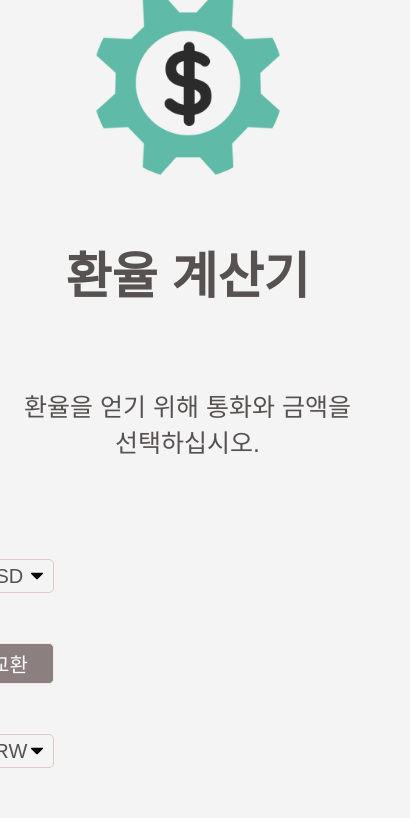
Repository: AbrorjonKuchkarov/exchange-rate
Page: index.html
An editor plug-in stored every save of this project. The page is shown before and after the next save, followed by the edit.
The browser window is 375 px wide. The page is 410 px wide, then 375 px, so the pictures cover 410 px, including what lies to the right of the window. The pictures show the whole page.

Above is the page before, as saved 2022-02-24 01:49:01.

### index.html
<!DOCTYPE html>
<html lang="en">
<head>
   <meta charset="UTF-8">
   <meta http-equiv="X-UA-Compatible" content="IE=edge">
   <meta name="viewport" content="width=device-width, initial-scale=1.0">
<link rel="stylesheet" href="style.css">
   <title>환율</title>
</head>
<body>
   <img src="img/money.png" alt="">
   <h1>환율 계산기 </h1>
   <p>환율을 얻기 위해 통화와 금액을 선택하십시오.</p>

   <div class="container">
      <div class="currency">
         <select id="selectOne">
            <option value="AED">AED</option>
            <option value="ARS">ARS</option>
            <option value="AUD">AUD</option>
            <option value="BGN">BGN</option>
            <option value="BRL">BRL</option>
            <option value="BSD">BSD</option>
            <option value="CAD">CAD</option>
            <option value="CHF">CHF</option>
            <option value="CLP">CLP</option>
            <option value="CNY">CNY</option>
            <option value="COP">COP</option>
            <option value="CZK">CZK</option>
            <option value="DKK">DKK</option>
            <option value="DOP">DOP</option>
            <option value="EGP">EGP</option>
            <option value="EUR">EUR</option>
            <option value="FJD">FJD</option>
            <option value="GBP">GBP</option>
            <option value="GTQ">GTQ</option>
            <option value="HKD">HKD</option>
            <option value="HRK">HRK</option>
            <option value="HUF">HUF</option>
            <option value="IDR">IDR</option>
            <option value="ILS">ILS</option>
            <option value="INR">INR</option>
            <option value="ISK">ISK</option>
            <option value="JPY">JPY</option>
            <option value="KRW">KRW</option>
            <option value="KZT">KZT</option>
            <option value="MXN">MXN</option>
            <option value="MYR">MYR</option>
            <option value="NOK">NOK</option>
            <option value="NZD">NZD</option>
            <option value="PAB">PAB</option>
            <option value="PEN">PEN</option>
            <option value="PHP">PHP</option>
            <option value="PKR">PKR</option>
            <option value="PLN">PLN</option>
            <option value="PYG">PYG</option>
            <option value="RON">RON</option>
            <option value="RUB">RUB</option>
            <option value="SAR">SAR</option>
            <option value="SEK">SEK</option>
            <option value="SGD">SGD</option>
            <option value="THB">THB</option>
            <option value="TRY">TRY</option>
            <option value="TWD">TWD</option>
            <option value="UAH">UAH</option>
            <option value="USD" selected>USD</option>
            <option value="UYU">UYU</option>
            <option value="VND">VND</option>
            <option value="ZAR">ZAR</option>
         </select>
         <input type="number" class="inputOne" >
      </div>

      <div class="swap">
         <button class="btn">교환</button>
         <div class="rate"></div>
      </div>

      <div class="currency">
         <select id="selectTwo">
         <option value="AED">AED</option>
         <option value="ARS">ARS</option>
         <option value="AUD">AUD</option>
         <option value="BGN">BGN</option>
         <option value="BRL">BRL</option>
         <option value="BSD">BSD</option>
         <option value="CAD">CAD</option>
         <option value="CHF">CHF</option>
         <option value="CLP">CLP</option>
         <option value="CNY">CNY</option>
         <option value="COP">COP</option>
         <option value="CZK">CZK</option>
         <option value="DKK">DKK</option>
         <option value="DOP">DOP</option>
         <option value="EGP">EGP</option>
         <option value="EUR">EUR</option>
         <option value="FJD">FJD</option>
         <option value="GBP">GBP</option>
         <option value="GTQ">GTQ</option>
         <option value="HKD">HKD</option>
         <option value="HRK">HRK</option>
         <option value="HUF">HUF</option>
         <option value="IDR">IDR</option>
         <option value="ILS">ILS</option>
         <option value="INR">INR</option>
         <option value="ISK">ISK</option>
         <option value="JPY">JPY</option>
         <option value="KRW" selected>KRW</option>
         <option value="KZT">KZT</option>
         <option value="MXN">MXN</option>
         <option value="MYR">MYR</option>
         <option value="NOK">NOK</option>
         <option value="NZD">NZD</option>
         <option value="PAB">PAB</option>
         <option value="PEN">PEN</option>
         <option value="PHP">PHP</option>
         <option value="PKR">PKR</option>
         <option value="PLN">PLN</option>
         <option value="PYG">PYG</option>
         <option value="RON">RON</option>
         <option value="RUB">RUB</option>
         <option value="SAR">SAR</option>
         <option value="SEK">SEK</option>
         <option value="SGD">SGD</option>
         <option value="THB">THB</option>
         <option value="TRY">TRY</option>
         <option value="TWD">TWD</option>
         <option value="UAH">UAH</option>
         <option value="USD">USD</option>
         <option value="UYU">UYU</option>
         <option value="VND">VND</option>
         <option value="ZAR">ZAR</option>
      </select>
      <input type="number" class="inputTwo" >
      </div>
   </div>




   <script src="app.js"></script>
</body>
</html>

### style.css
*{
   box-sizing: border-box;
}

body {
   font-family: Arial, Helvetica, sans-serif;
   margin: 0;
   display: flex;
   flex-direction: column;
   align-items: center;
   justify-content: center;
   height: 100vh;
   background-color: #f4f4f4;
   padding: 10px;

}

img {
   width: 200px;
}

h1{
   font-size: 50px;
   color: #575151;
   padding: 20px 0;
}

p{
   color: #575151;
   font-size: 25px;
   padding-bottom: 25px;
   text-align: center;
}

.btn{
   padding: 5px 25px;
   border-radius: 5px;
   border: 1px solid #f0e6e6;
   background-color: #8b7f7f;
   color: #fff;
   cursor: pointer;
   font-size: 20px;
}

.currency {
   margin: 30px 0;
   padding: 20px 0;
    display: flex;
   align-items: center;
   justify-content: space-between;
}

#selectOne,
#selectTwo{
   margin-right: 30px;
   font-size: 20px;
   color: #575151;
   padding: 5px 25px 5px 15px;
   outline: none;
   background-color: transparent;
   border: 1px solid #ddc9c9;
   border-radius: 5px;
   -moz-appearance: none;
   -webkit-appearance: none;
   appearance: none;
   background-image: url('data:[embedded picture, 475 characters]');
   background-position: right 10px top 50%, 0, 0;
   background-size: 12px auto, 100%;
   background-repeat: no-repeat;
}

input{
   font-size: 25px;
   background-color: transparent;
   border: none;
   outline: none;
}

@media (max-width: 600px; ){
   input {
      width: 200px;
   }
}

Loaded but not shown: app.js (no copy from this time; the picture is the same without it)

After the next save:
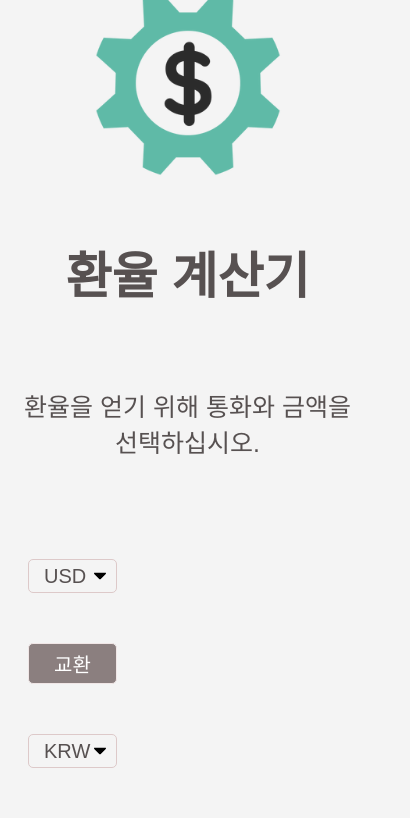
Saved 26 s later.
--- a/style.css
+++ b/style.css
@@ -76,7 +76,7 @@ input{
    outline: none;
 }
 
-@media (max-width: 600px; ){
+@media (max-width: 600px ){
    input {
       width: 200px;
    }
